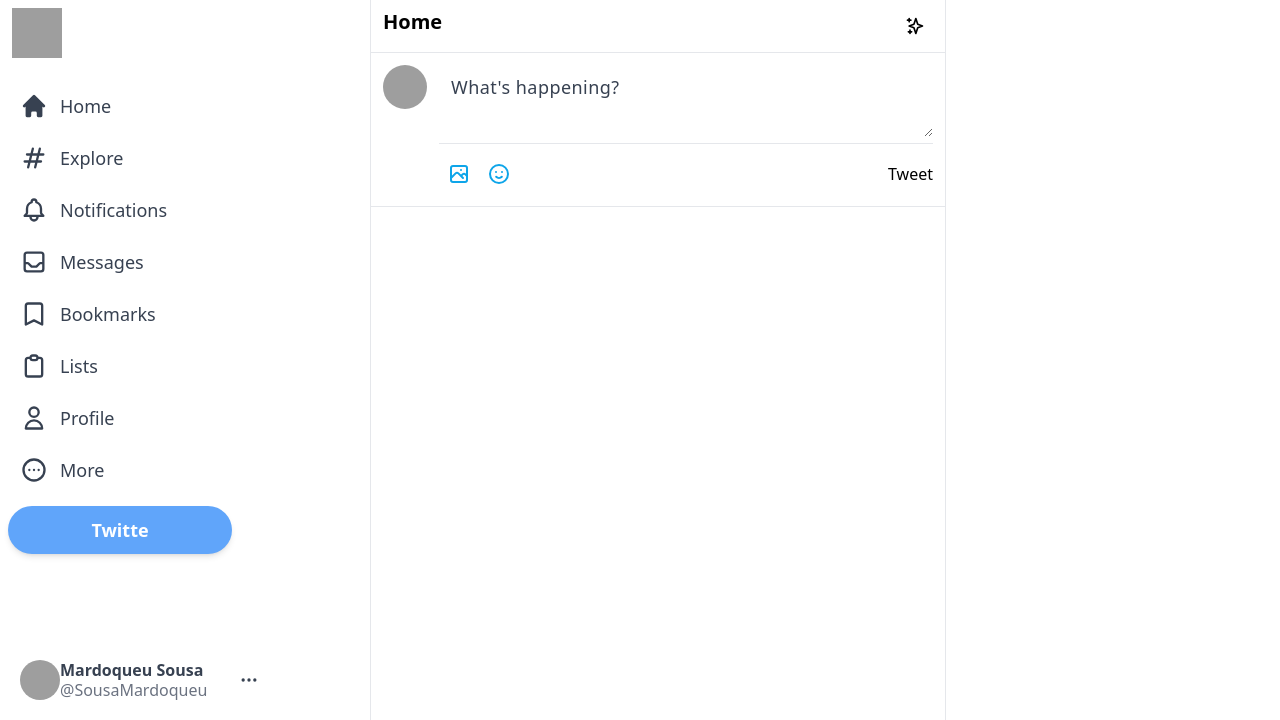
Repository: Mardoqueu/twitter
Page: /
The author's editor kept a copy of each file at every save. The page is drawn from the files as they stood at one save, then again after a run of saves.
The browser window is 1280 px wide. The pictures show the whole page.
Pictures or frames that could not be fetched are drawn as grey boxes. The project was rebuilt for these pictures with package versions that can differ from the ones it lists, and the page was loaded fresh each time. The framework's server and built-in components were replaced by stand-ins that run in the browser. Also part of the build but not shown: next.config.js.

Above is the page before, as saved 2022-09-02 08:18:41.

After the next 2 saves:
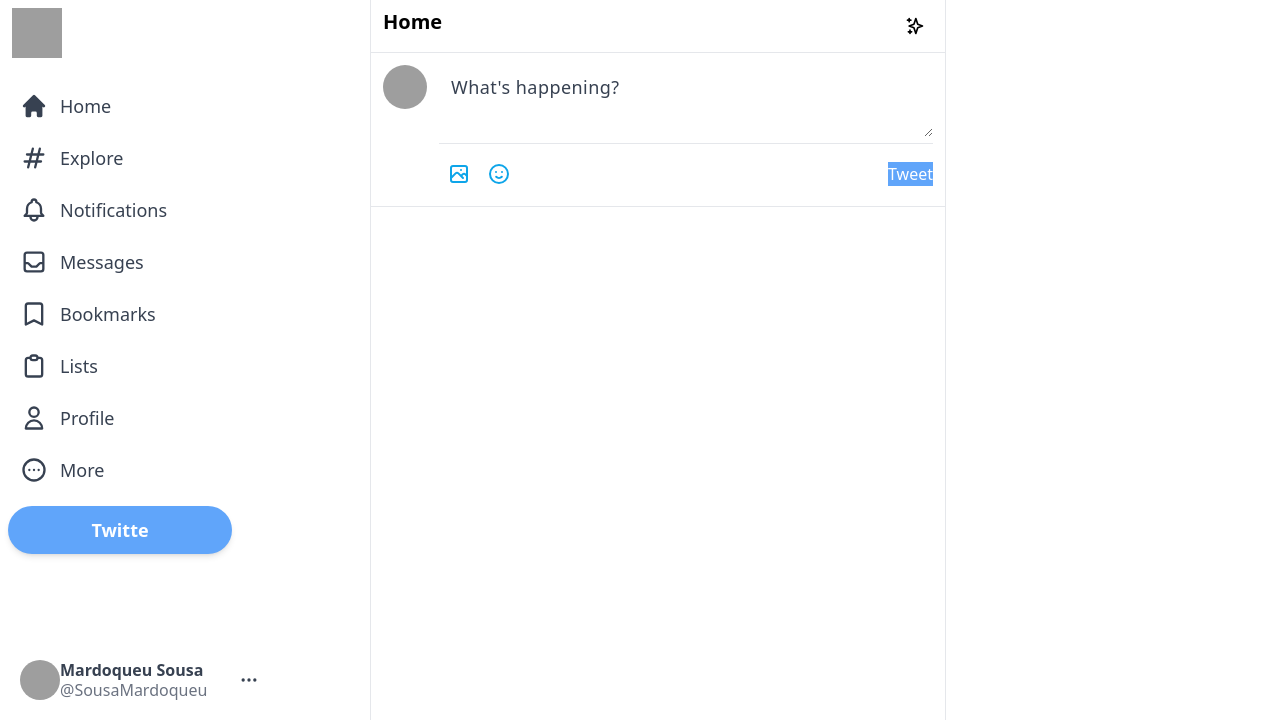
The 2 saves are shown as one change because they came seconds apart.
The last was saved 31 s later.
--- a/components/Input.js
+++ b/components/Input.js
@@ -15,7 +15,7 @@
                     <PhotographIcon className="h-10 w-10 hoverEffect p-2 text-sky-500 hover:bg-sky-500"/>
                     <EmojiHappyIcon className="h-10 w-10 hoverEffect p-2 text-sky-500 hover:bg-sky-500"/>
                 </div>
-            <button>Tweet</button>
+            <button className="bg-blue-400 text-white">Tweet</button>
             </div>
         </div>
     </div>
